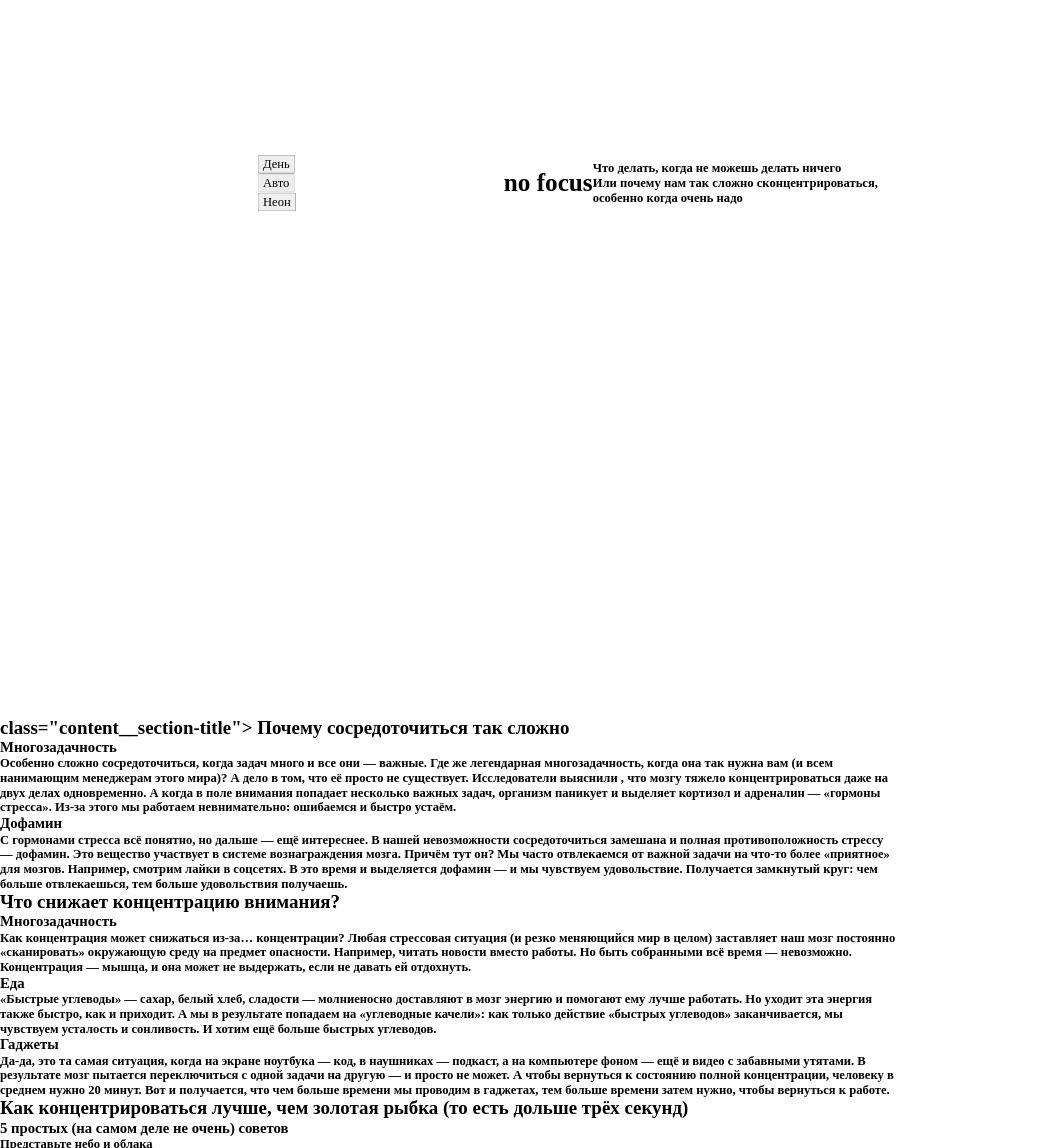
Repository: NikWolf75/slozhno-sosredotochitsya-fd
Page: index.html
These files come from the project's save history. The page is drawn as it stood at one moment and after a run of saves; the edit follows.
The browser window is 1280 px wide. The page is 1500 px wide, so the pictures cover 1500 px, including what lies to the right of the window. The pictures show the part of the page from y = 0 to 1640 px (the page is 5089 px tall), at 70% of full size.

Above is the page before, as saved 2025-02-26 11:23:54.

### index.html
<!DOCTYPE html>
<html lang="ru">
  <head>
    <meta charset="UTF-8" />
    <meta http-equiv="X-UA-Compatible" content="IE=edge" />
    <meta name="viewport" content="width=device-width, initial-scale=1.0" />
    <meta name="color-scheme" content="dark light" />
    <link rel="stylesheet" href=".fonts/fonts.css" />
    <link rel="stylesheet" href=".styles/globals.css" />
    <link rel="stylesheet" href="./styles/variables.css" />
    <link rel="stylesheet" href="./styles/style.css" />
    <link rel="stylesheet" href="./styles/dark.css" />
    <link rel="stylesheet" href="./styles/light.css" />
    <link rel="icon" href="image/favicon.ico" />
    <title>Сложно сосредоточиться</title>
    <script src="./scripts/script.js"></script>
  </head>
  <body class="page">
    <div class="rec_element" aria-hidden="true"></div>
    <header class="header decorated-zone">
      <nav class="header__theme-menu">
        <ul class="header__theme-menu-list">
          <li class="header__theme-menu-item">
            <button
              class="header__theme-menu-button header__theme-menu-button_type_light"
            >
              День
            </button>
          </li>
          <li class="header__theme-menu-item">
            <button
              class="header__theme-menu-button header__theme-menu-button_active header__theme-menu-button_type_auto"
              disabled
            >
              Авто
            </button>
          </li>
          <li class="header__theme-menu-item">
            <button
              class="header__theme-menu-button header__theme-menu-button_type_dark"
            >
              Неон
            </button>
          </li>
        </ul>
      </nav>
      <h1 class="header__title">no focus</h1>
      <div class="header__undertitle title-decor">
        <p>Что делать, когда не можешь делать ничего</p>
        <p>
          Или почему нам так сложно сконцентрироваться, особенно когда очень
          надо
        </p>
      </div>
    </header>
    <main class="content">
      <section class="content__section content__why">
        <h2>
          class="content__section-title"> Почему сосредоточиться так сложно
        </h2>
        <article class="content__section-text_block">
          <h3 class="content__section-text_block-undertitle title-decor">
            Многозадачность
          </h3>
          <p class="content__section-text_block-text">
            Особенно сложно сосредоточиться, когда задач много и все они —
            важные. Где же легендарная многозадачность, когда она так нужна вам
            (и всем нанимающим менеджерам этого мира)? А дело в том, что её
            просто не существует. Исследователи выяснили , что мозгу тяжело
            концентрироваться даже на двух делах одновременно. А когда в поле
            внимания попадает несколько важных задач, организм паникует и
            выделяет кортизол и адреналин — «гормоны стресса». Из-за этого мы
            работаем невнимательно: ошибаемся и быстро устаём.
          </p>
        </article>
        <article class="content__section-text_block">
          <h3 class="content__section-text_block-undertitle title-decor">
            Дофамин
          </h3>
          <p class="content__section-text_block-text">
            С гормонами стресса всё понятно, но дальше — ещё интереснее. В нашей
            невозможности сосредоточиться замешана и полная противоположность
            стрессу — дофамин. Это вещество участвует в системе вознаграждения
            мозга. Причём тут он? Мы часто отвлекаемся от важной задачи на
            что-то более «приятное» для мозгов. Например, смотрим лайки в
            соцсетях. В это время и выделяется дофамин — и мы чувствуем
            удовольствие. Получается замкнутый круг: чем больше отвлекаешься,
            тем больше удовольствия получаешь.
          </p>
        </article>
      </section>
      <section class="content__section content__what">
        <h2 class="content__section-title">
          Что снижает концентрацию внимания?
        </h2>
        <article class="content__section-text_block">
          <h3 class="content__section-text_block">Многозадачность</h3>
          <p class="content__section-item-text">
            Как концентрация может снижаться из-за… концентрации? Любая
            стрессовая ситуация (и резко меняющийся мир в целом) заставляет наш
            мозг постоянно «сканировать» окружающую среду на предмет опасности.
            Например, читать новости вместо работы. Но быть собранными всё время
            — невозможно. Концентрация — мышца, и она может не выдержать, если
            не давать ей отдохнуть.
          </p>
        </article>
        <article class="content__section-text_block">
          <h3 class="content__section-text_block-undertitle title-decor">
            Еда
          </h3>
          <p class="content__section-text_block-text">
            «Быстрые углеводы» — сахар, белый хлеб, сладости — молниеносно
            доставляют в мозг энергию и помогают ему лучше работать. Но уходит
            эта энергия также быстро, как и приходит. А мы в результате попадаем
            на «углеводные качели»: как только действие «быстрых углеводов»
            заканчивается, мы чувствуем усталость и сонливость. И хотим ещё
            больше быстрых углеводов.
          </p>
        </article>
        <article class="content__section-text_block">
          <h3 class="content__section-text_block-undertitle title-decor">
            Гаджеты
          </h3>
          <p class="content__section-text_block-text">
            Да-да, это та самая ситуация, когда на экране ноутбука — код, в
            наушниках — подкаст, а на компьютере фоном — ещё и видео с забавными
            утятами. В результате мозг пытается переключиться с одной задачи на
            другую — и просто не может. А чтобы вернуться к состоянию полной
            концентрации, человеку в среднем нужно 20 минут. Вот и получается,
            что чем больше времени мы проводим в гаджетах, тем больше времени
            затем нужно, чтобы вернуться к работе.
          </p>
        </article>
      </section>
      <section class="content__section content_how">
        <h2 class="content__section-title">
          Как концентрироваться лучше, чем золотая рыбка (то есть дольше трёх
          секунд)
        </h2>
        <article class="content__section-text_block">
          <h3
            class="content__section-text_block-undertitle tips-undertitle title-decor"
          >
            5 простых (на самом деле не очень) советов
          </h3>
          <h4 class="content__section-text_block-undertitle tips-undertitle">
            Представьте небо и облака
          </h4>
          <p class="content__section-text_block-text">
            Или листья в ручье. Тут дело в лёгкой медитации, которая помогает
            успокоиться. Ведь часто именно тревожные мысли о сложных задачах как
            раз и мешают эти сложные задачи делать. В такие моменты можно
            закрыть глаза и представить, что чистое небо — это вы, а облака —
            тревожные мысли. И сколько бы их ни было — ясное небо всегда будет
            где-то там, за тучами, и никуда не денется. Это упражнение поможет
            вернуться в настоящий момент, а не волноваться о потенциальных
            проблемах из будущего.
          </p>
        </article>
        <article class="content__section-text_block">
          <h4 class="content__section-text_block-undertitle title-decor">
            Включите музыку
          </h4>
          <p class="content__section-text_block-text">
            Но не любую, и не любимую. Любимая может быть связана с сильными
            положительными эмоциями, которые тоже очень сильно отвлекают.
            Подойдёт тихая, спокойная, умеренно-ритмичная. Можно вообще
            попробовать включить плейлист с «белым шумом» или нейромузыкой.
          </p>
        </article>
        <article class="content__section-text_block">
          <h4 class="content__section-text_block-undertitle title-decor">
            Прогуляйтесь
          </h4>
          <p class="content__section-text_block-text">
            Или даже пробегитесь. Лучше найти парк или лес: один эксперимент
            показал , что созерцание природы повышает концентрацию, в то время
            как после просмотра городских пейзажей она наоборот понижается.
            Можно совместить прогулку с физическими упражнениями или бегом — так
            в мозг поступит ещё больше кислорода и он будет лучше работать. Но и
            простая двадцатиминутная прогулка — тоже отличный вариант.
          </p>
        </article>
        <article class="content__section-text_block">
          <h4 class="content__section-text_block-undertitle title-decor">
            Хорошо ешьте
          </h4>
          <p class="content__section-text_block-text">
            Мы — не ваша бабушка, но это правда важно. Выбирайте продукты,
            которые препятствуют резким скачкам сахара в крови. Например, с
            высоким содержанием клетчатки: овощи, ягоды, бобовые (нут, чечевица,
            фасоль), коричневый рис, хлеб из цельнозерновой пшеницы.
          </p>
        </article>
        <article class="content__section-text_block">
          <h4 class="content__section-text_block-undertitle title-decor">
            Читайте
          </h4>
          <p class="content__section-text_block-text">
            Настоящие бумажные книги. Это правда помогает с концентрацией: чтобы
            прочитать пост в соцсети, достаточно нескольких минут или даже
            секунд. А вот интересная книга способна затянуть и на несколько
            часов и круто тренирует направленное внимание.
          </p>
        </article>
      </section>
      <section class="content__section content__gallery">
        <h2 class="content__section-text_block-undertitle title-decor">
          А можно в картинках?
        </h2>
        <div class="content_section-images_gallery">
          <img
            class="content__section-image"
            src="./images/sunset.png"
            alt="Вид острова на закате"
            loading="lazy"
          />
          <img
            class="content__section-image"
            src="./images/ice-cream.png"
            alt="Чаша с мороженным"
            loading="lazy"
          />
          <img
            class="content__section-image"
            src="./images/tape.png"
            alt="Кассета"
            loading="lazy"
          />
          <img
            class="content__section-image"
            src="./images/books.png"
            alt="Стопка книг"
            loading="lazy"
          />
          <img
            class="content__section-image"
            src="./images/street.png"
            alt="Улица"
            loading="lazy"
          />
        </div>
      </section>
    </main>
    <footer class="footer decorated-zone">
      <h2 class="footer_title">focus</h2>
    </footer>
  </body>
</html>

### styles/style.css
.page {
  display: flex;
  flex-direction: column;
  font-family: var(--main-font, 'IBM Plex mono') monospace;
  font-size: 18px;
  block-size: min-content;
  position: relative;
  font-weight: 700;
  background-color: var(--main-background-color);
  background-image: var(--main-background-image);
  background-repeat: no-repeat;
  background-attachment: fixed;
  background-position: center;
  background-size: cover;
 }

 .header {
  display: grid;
  grid-template-columns: repeat(3, 1fr);
  grid-template-rows: 1fr min-content 1fr;
  justify-items: end;
  align-items: center;
  position: relative;
  block-size: max(668px, 100vh);
 }

 @media (width >= 768px) {
    .header {
      block-size: max(1024px, 100vh);
      padding: 10px 10px 10px 0;
    }
 }

### scripts/script.js
(function initTheme() {
  const theme = localStorage.getItem('theme');
  if (theme) {
    setTheme(theme);
  }
})();

document.addEventListener('DOMContentLoaded', () => {
  const currentTheme = [...document.documentElement.classList]
    .find((cn) => cn.startsWith('theme-'))
    ?.replace('theme-', '');
  const themeButtons = [
    ...document.querySelectorAll('.header__theme-menu-button'),
  ];
  setActiveButton(themeButtons, currentTheme);

  themeButtons.forEach((button) => {
    button.addEventListener('click', () => {
      const chosenTheme = [...button.classList]
        .find((cn) => cn.includes('_type_'))
        .split('_type_')[1];
      setTheme(chosenTheme);
      setActiveButton(themeButtons, chosenTheme);
    });
  });
});

function setTheme(theme) {
  document.documentElement.className = '';
  document.documentElement.classList.add(`theme-${theme}`);
  localStorage.setItem('theme', theme);
}

function setActiveButton(buttonsArray, theme) {
  buttonsArray.forEach((button) => {
    button.classList.remove('header__theme-menu-button_active');
    button.removeAttribute('disabled');
  });
  const target = buttonsArray.find((button) =>
    button.classList.contains(`header__theme-menu-button_type_${theme}`)
  );
  if (target) {
    target.classList.add('header__theme-menu-button_active');
    target.setAttribute('disabled', true);
  } else {
    const autoButton = document.querySelector(
      '.header__theme-menu-button_type_auto'
    );
    autoButton.classList.add('header__theme-menu-button_active');
    autoButton.setAttribute('disabled', true);
  }
}

Loaded but not shown: fonts/fonts.css (common file); styles/globals.css (common file); styles/variables.css (common file); styles/dark.css (common file); styles/light.css (common file)

After the next 3 saves:
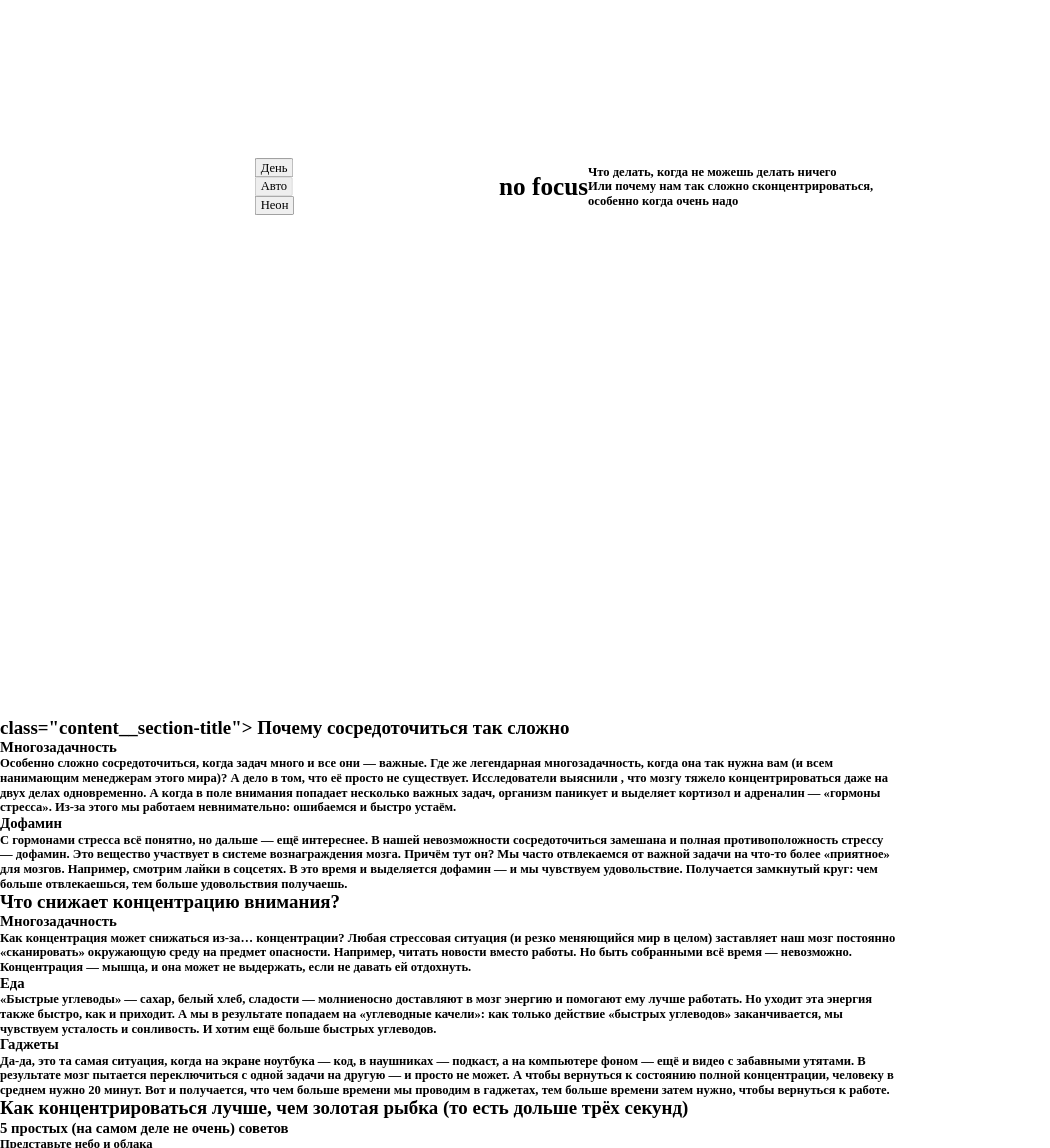
The 3 saves are shown as one change because they came seconds apart.
The last was saved 8 s later.
--- a/styles/style.css
+++ b/styles/style.css
@@ -27,6 +27,6 @@
  @media (width >= 768px) {
     .header {
       block-size: max(1024px, 100vh);
-      padding: 10px 10px 10px 0;
+      padding: 20px 20px 20px 0;
     }
  }
